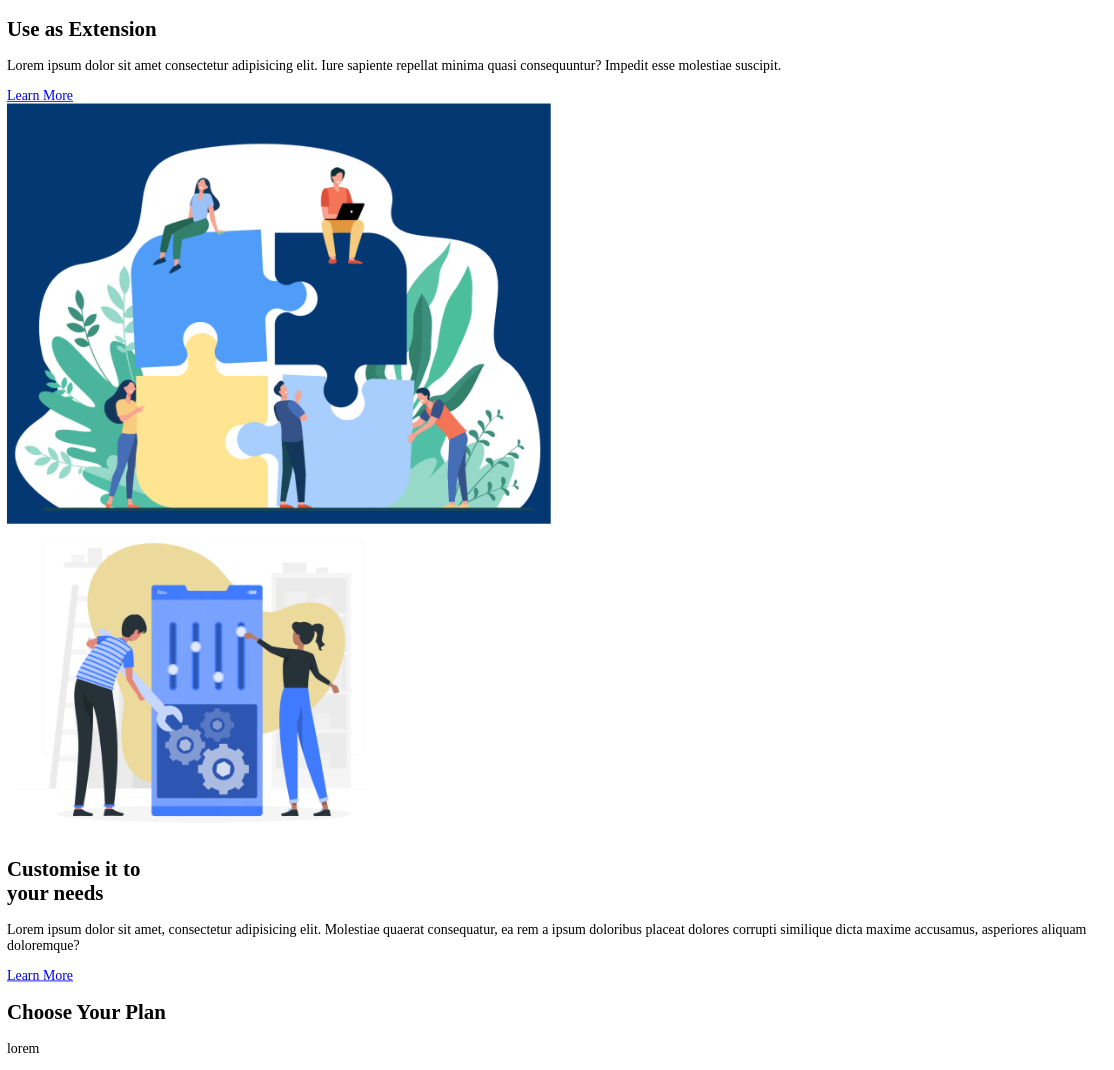
Repository: rinesagajtani0/whitespace_saas
Page: index.html
An editor plug-in stored every save of this project. The page is shown before and after a run of saves, followed by the edit.
The browser window is 1280 px wide. The pictures show the whole page, at 87% of full size.

Above is the page before, as saved 2025-11-01 15:59:46.

### index.html
<!DOCTYPE html>
<html lang="en">
  <head>
    <meta charset="UTF-8" />
    <meta name="viewport" content="width=device-width, initial-scale=1.0" />
    <title>Document</title>
    <link rel="stylesheet" href="style.css" />
  </head>
  <body>
    <section class="hero hero-blue">
      <div class="hero__container">
        <div class="hero__content">
          <h2 class="hero__title">Use as <span class="highlight">Extension</span></h2>
          <p class="hero__text">
            Lorem ipsum dolor sit amet consectetur adipisicing elit. Iure
            sapiente repellat minima quasi consequuntur? Impedit esse molestiae
            suscipit.
          </p>
          <a href="#" class="hero__btn btn btn--light">Learn More </a>
        </div>

        <div class="hero__image">
          <img src="img/foto1.png" alt="" />
        </div>
      </div>
    </section>

    <section class="costumsize">
      <div class="customise__container">
        <div class="customise__image">
          <img src="img/foto2.png" alt="" />
        </div>


      <div class="customise__content">
        <h2 class="customise__title">
          Customise it to <br />
          your needs
        </h2>
        <p class="customise__text">
          Lorem ipsum dolor sit amet, consectetur adipisicing elit. Molestiae
          quaerat consequatur, ea rem a ipsum doloribus placeat dolores corrupti
          similique dicta maxime accusamus, asperiores aliquam doloremque?
        </p>
        <a href="#" class="hero__btn btn btn--light">Learn More </a>
      </div>
      </div>
    </section>

    <section class="pricing">
        <div class="pricing__container">
            <h2 class="pricing__title">
                Choose <span class="highlight">Your Plan</span>
            </h2>
            <p class="pricing__text">
                lorem
            </p>
        </div>
    </section>
  </body>
</html>

Loaded but not shown: style.css (no stored copy; drawn as an empty file)

After the next 3 saves:
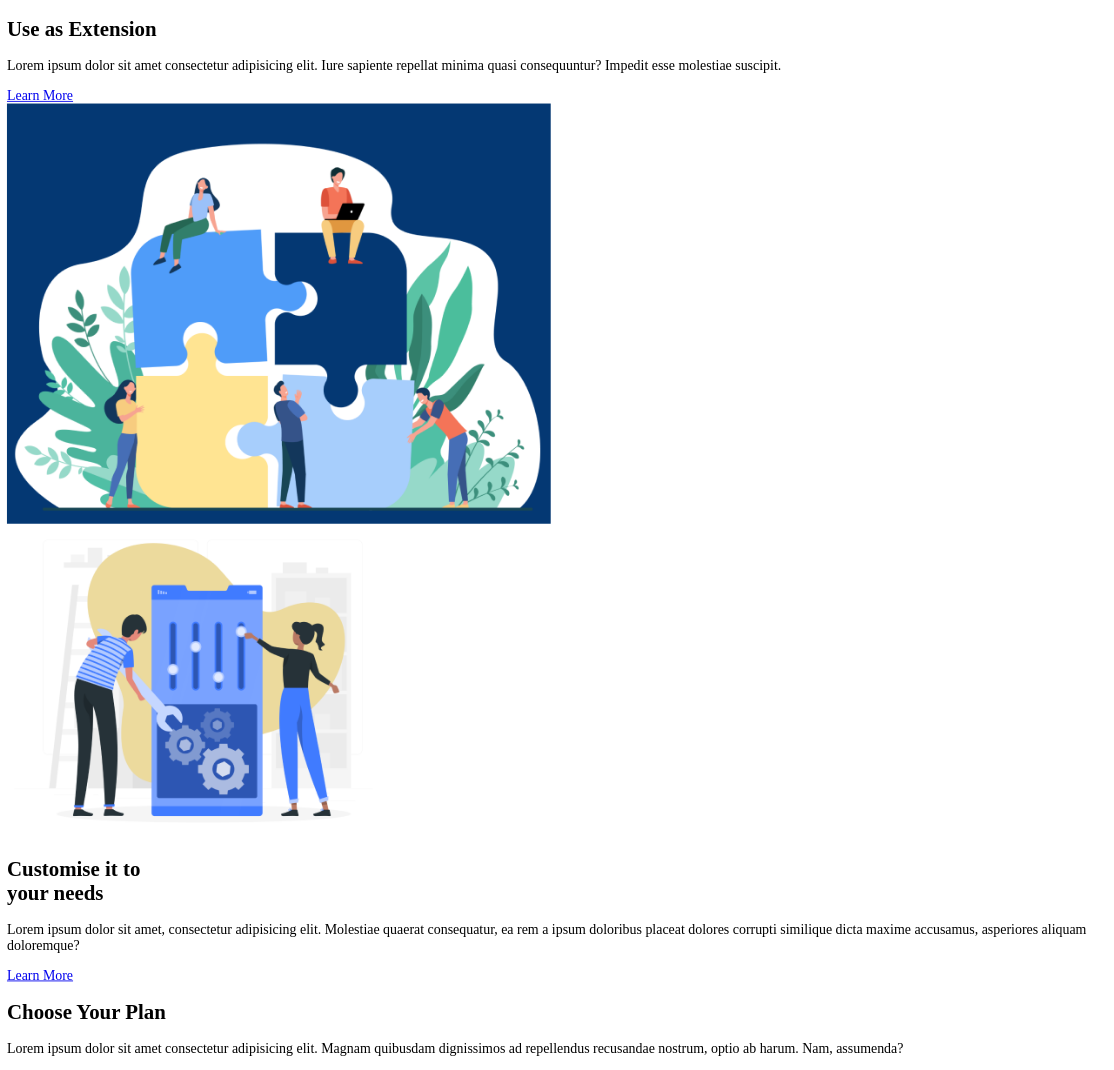
The 3 saves are shown as one change because they came seconds apart.
The last was saved 21 s later.
--- a/index.html
+++ b/index.html
@@ -10,7 +10,9 @@
     <section class="hero hero-blue">
       <div class="hero__container">
         <div class="hero__content">
-          <h2 class="hero__title">Use as <span class="highlight">Extension</span></h2>
+          <h2 class="hero__title">
+            Use as <span class="highlight">Extension</span>
+          </h2>
           <p class="hero__text">
             Lorem ipsum dolor sit amet consectetur adipisicing elit. Iure
             sapiente repellat minima quasi consequuntur? Impedit esse molestiae
@@ -31,31 +33,33 @@
           <img src="img/foto2.png" alt="" />
         </div>
 
-
-      <div class="customise__content">
-        <h2 class="customise__title">
-          Customise it to <br />
-          your needs
-        </h2>
-        <p class="customise__text">
-          Lorem ipsum dolor sit amet, consectetur adipisicing elit. Molestiae
-          quaerat consequatur, ea rem a ipsum doloribus placeat dolores corrupti
-          similique dicta maxime accusamus, asperiores aliquam doloremque?
-        </p>
-        <a href="#" class="hero__btn btn btn--light">Learn More </a>
-      </div>
+        <div class="customise__content">
+          <h2 class="customise__title">
+            Customise it to <br />
+            your needs
+          </h2>
+          <p class="customise__text">
+            Lorem ipsum dolor sit amet, consectetur adipisicing elit. Molestiae
+            quaerat consequatur, ea rem a ipsum doloribus placeat dolores
+            corrupti similique dicta maxime accusamus, asperiores aliquam
+            doloremque?
+          </p>
+          <a href="#" class="hero__btn btn btn--light">Learn More </a>
+        </div>
       </div>
     </section>
 
     <section class="pricing">
-        <div class="pricing__container">
-            <h2 class="pricing__title">
-                Choose <span class="highlight">Your Plan</span>
-            </h2>
-            <p class="pricing__text">
-                lorem
-            </p>
-        </div>
+      <div class="pricing__container">
+        <h2 class="pricing__title">
+          Choose <span class="highlight">Your Plan</span>
+        </h2>
+        <p class="pricing__text">
+          Lorem ipsum dolor sit amet consectetur adipisicing elit. Magnam
+          quibusdam dignissimos ad repellendus recusandae nostrum, optio ab
+          harum. Nam, assumenda?
+        </p>
+      </div>
     </section>
   </body>
 </html>
